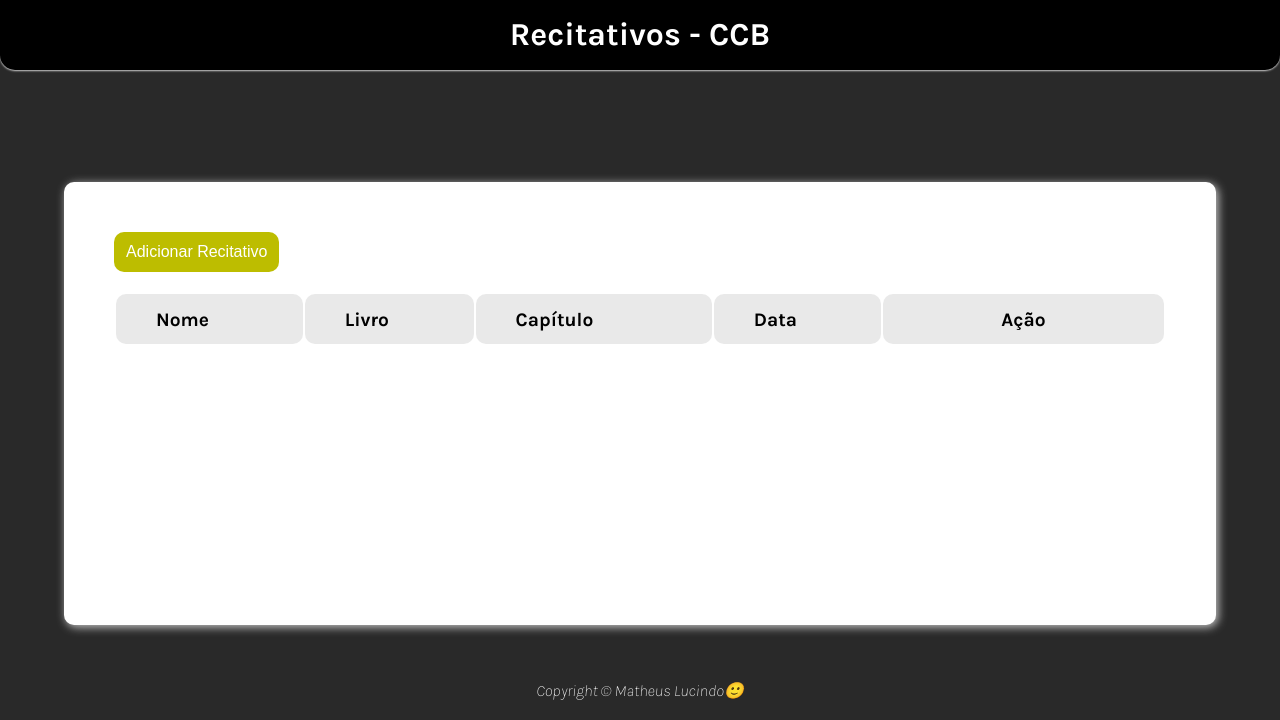
Repository: Matheus904-12/API-da-CCB
Page: index.html
These files come from the project's save history. The page is drawn as it stood at one moment and after the next save; the edit follows.
The browser window is 1280 px wide. The pictures show the whole page.

Above is the page before, as saved 2024-01-14 02:04:44.

### index.html
<!DOCTYPE html>
<html lang="pt-BR">

<head>
    <meta charset="UTF-8">
    <meta http-equiv="X-UA-Compatible" content="IE=edge">
    <meta name="viewport" content="width=device-width, initial-scale=1.0">
    <link rel="preconnect" href="https://fonts.gstatic.com">
    <link href="https://fonts.googleapis.com/css2?family=Karla:ital,wght@0,400;0,700;1,200;1,800&display=swap"
        rel="stylesheet">
    <link rel="stylesheet" href="principal.css">
    <link rel="stylesheet" href="botao.css">
    <link rel="stylesheet" href="registros.css">
    <link rel="stylesheet" href="modal.css">
    <link rel="stylesheet" href="chat.css">
    <script src="script.js" defer></script>
    <title>CCB - Central</title>
</head>

<body>
    <header>

        <h1 class="header-title">Recitativos - CCB</h1>
    </header>
    <br>
    <br>
    <br>
    <br>
    <main>
        <button type="button" class="button blue mobile" id="cadastrarCliente">Adicionar Recitativo</button>
        <table id="tableClient" class="records">
            <thead>
                <tr>
                    <th>Nome</th>
                    <th>Livro</th>
                    <th>Capítulo</th>
                    <th>Data</th>
                    <th>Ação</th>
                </tr>
            </thead>
            <tbody>

            </tbody>
        </table>
        <div class="modal" id="modal">
            <div class="modal-content">
                <header class="modal-header">
                    <h2>Recitativo</h2>
                    <span class="modal-close" id="modalClose">&#10006;</span>
                </header>
                <form id="form" class="modal-form">


                    <input type="text" id="nome" data-index="new" class="modal-field" placeholder="Nome"
                        required>

                    <input type="text" id="livro" class="modal-field" placeholder="Livro" required>

                    <input type="number" id="capitulo" class="modal-field" placeholder="Capítulo" required>

                    <input type="number" id="versiculo" class="modal-field" placeholder="Versículo" required>

                    <input type="date" id="data" class="modal-field" placeholder="Data" required>

                    <label for="auxiliar">Auxiliar</label>
                        <select id="auxiliar" class="modal-field">
                            <option value="none">Nenhum</option>
                            <option value="aline">Aline Gomes Santos</option>
                            <option value="alfredo">Alfredo Bruske Schuster</option>
                            <option value="alef">Alef Vinicius</option>
                            <option value="jose">José Victor Zeller Gonçalves</option>
                            <option value="jonas">Jonas Amorim Lopes da Silva</option>
                            <option value="loraine">Loraine de Assis Souza</option>
                            <option value="natalia">Natália de Sena Marques</option>
                        </select>


                </form>
                <footer class="modal-footer">
                    <button id="salvar" class="button green">Salvar</button>
                    <button id="cancelar" class="button blue">Cancelar</button>
                </footer>
            </div>
        </div>
    </main>
    <footer>
        Copyright &copy; Matheus Lucindo🙂
    </footer>
</body>

</html>

### principal.css
*{
    padding: 0;
    margin: 0;
    box-sizing: border-box;
}

:root{
    --primary-color: #000000;
    --secundary-color: #cfcfcf;
    --shadow-color: #CCC;
    --text-color: #FFF;
}

body{
    min-height: 100vh;
    display: flex;
    flex-direction: column;
    font-family: 'karla', sans-serif;
    position:relative;
    background-color: #292929;
}

header{
    background-color: var(--primary-color);
    height: 70px;
    text-align: center;
    line-height: 70px;
    box-shadow: 0 1px 2px var(--shadow-color);
    border-radius: 0px 0px 15px 15px;
}

.header-title{
    color: white;
    font-size: 2rem;
}

main{
    flex-grow: 1;
    display: flex;
    flex-direction: column;
    align-items: flex-start;
    width: 90%;
    margin: 5vh auto;
    padding: 50px;
    box-shadow: 2px 2px 10px var(--shadow-color);
    gap: 20px;
    border-radius: 10px;
    background-color: #ffffff;
}

main, th {
}

footer{
    width:100;
    text-align: center;
    font-weight: 200;
    font-style: italic;
    padding: 20px;
    color: white;
}

### botao.css
.button{
    border-style: none;
    height: 40px;
    padding: 6px 12px;
    background-color: black;
    color: white;
    font-size: 1rem;
    cursor: pointer;
    transition: box-shadow .6s ease;
    border-radius: 10px;
}

.button.blue{
    background-color: #bdbd00;
}

button.green{
    background-color: #13CE66;
}

button.red{
    background-color: #FF4949;
}

.button:hover{
    box-shadow: inset 200px 0 0 #00000055;
}

/* Estilização da barra de rolagem */
::-webkit-scrollbar {
    width: 12px; /* Largura da barra de rolagem */
    border-radius: 10px;
}

::-webkit-scrollbar-thumb {
    background-color: #dbc834; /* Cor do polegar da barra de rolagem */
    border-radius: 100px; /* Borda do polegar da barra de rolagem */
}

::-webkit-scrollbar-track {
    display: none;
}

::-webkit-scrollbar-thumb:hover {
    background-color: #bdbd00; /* Cor do polegar da barra de rolagem ao passar o mouse sobre ele */
}

### registros.css
.records{
    width: 100%;
    user-select: none;
    text-align: left;
}

.records th{
    height: 50px;
    background-color:#c0c0c05a;
    padding-left: 40px;
    font-size: 1.2rem;
    border-radius: 10px;
    align-items: center;
}
.records td{
    height: 50px;
    padding-left: 20px;
    border-radius: 10px;
}

.records th:last-child,
.records td:last-child{
    padding: 0;
    min-width: 140px;
    text-align: center;
}

.records tr:hover{
    background-color: var(--secundary-color);
}

.records tr {
    border-radius: 10px;
}

### modal.css
.modal{
    position: fixed;
    top:0;
    left:0;
    width: 100%;
    height: 100%;
    background: #00000090;
    opacity: 0;
    z-index: -1;
}

.modal.active{
    opacity: 1;
    z-index: 1;
}

.modal-content{
    display: flex;
    flex-direction: column;
    gap:20px;
    width: 50vw;
    margin: 15vh auto;
    padding-bottom: 20px;
    background-color: white;
    box-shadow: 1px 1px 10px black;
    border-radius: 15px;
}

.modal-header{
    display: flex;
    position: relative;
    justify-content: center;
    height: 40px;
    line-height: 40px;
    font-size: 1rem;
    border-radius: 10px;
}

.modal-header, #h2 {
    color: white
}

.modal-close{
    position: absolute;
    right: 0;
    display: block;
    width: 40px;
    height: 40px;
    text-align: center;
    user-select: none;
    cursor: pointer;
    border-radius: 10px;
}

.modal-close:hover{
    background-color: #FF4949;
    color: white;
}

.modal-form{
    display: flex;
    justify-content: space-between;
    flex-wrap: wrap;
    gap: 20px;
    padding: 0 20px;
}

.modal-field{
    width: calc(50% - 10px);
    height: 40px;
    outline-style: none;
    border-style: none;
    box-shadow: 0 0 2px black;
    padding: 0 10px;
    font-size:1rem;
    border-radius: 10px;
}

.modal-field:focus{
    border: 2px solid var(--primary-color);
    box-shadow: 0 0 3px var(--primary-color);
}


.modal-footer{
    background-color: inherit;
    text-align: right;
    padding: 0 20px;
}

### chat.css
@media (max-width: 480px) {
    header {
        position: fixed;
        width: 100%;
        background-color: var(--primary-color);
        z-index: 1000;
    }

    .header-title {
        font-size: 1.5rem;
        color: white;
        padding: 10px;
        text-align: center;
    }

    .button.mobile {
        font-size: 0;
        width: 50px;
        height: 50px;
        border-radius: 50%;
        position: fixed;
        top: 90vh;
        left: 80vw;
        background-color: var(--primary-color);
        border: none;
        display: flex;
        align-items: center;
        justify-content: center;
        z-index: 1001;
    }

    .button.mobile img {
        width: 60%;
        height: 60%;
        filter: invert(1);
    }

    .records th.mobile,
    .records td.mobile {
        display: none;
    }

    .records tr {
        border-radius: 10px;
        display: block;
        margin-bottom: 20px;
        border: 2px solid #ccc;
        background-color: white;
        box-shadow: 0 2px 4px rgba(0, 0, 0, 0.1);
        padding: 0px;
        right: 15px;
    }

    .records td {
        display: flex;
        flex-wrap: wrap;
        justify-content: space-between;
        margin: 10px 0;
        align-items: center;
    }

    .records th:last-child,
    .records td:last-child {
        padding: 0;
        min-width: 140px;
        text-align: center;
        display: none;
        margin: 0 auto;
    }

    .modal {
        top: 100%;
        transition: all 1s ease;
        background-color: rgba(0, 0, 0, 0.5);
        display: flex;
        align-items: center;
        justify-content: center;
    }

    .modal.active {
        top: 0;
    }

    .modal-content {
        margin: 0;
        width: 90%;
        max-width: 400px;
        background-color: white;
        box-shadow: 0 2px 4px rgba(0, 0, 0, 0.1);
        border-radius: 10px;
        padding: 20px;
        position: relative;
    }

    .modal-field {
        width: 100%;
        margin-bottom: 15px;
        padding: 10px;
        border: 1px solid #ccc;
        border-radius: 5px;
        box-sizing: border-box;
    }
}

### script.js
'use strict'

const openModal = () => document.getElementById('modal')
    .classList.add('active')

const closeModal = () => {
    clearFields()
    document.getElementById('modal').classList.remove('active')
}


const getLocalStorage = () => JSON.parse(localStorage.getItem('db_client')) ?? []
const setLocalStorage = (dbClient) => localStorage.setItem("db_client", JSON.stringify(dbClient))

// CRUD - create read update delete
const deleteClient = (index) => {
    const dbClient = readClient()
    dbClient.splice(index, 1)
    setLocalStorage(dbClient)
}

const updateClient = (index, client) => {
    const dbClient = readClient()
    dbClient[index] = client
    setLocalStorage(dbClient)
}

const readClient = () => getLocalStorage()

const createClient = (client) => {
    const dbClient = getLocalStorage()
    dbClient.push (client)
    setLocalStorage(dbClient)
}

const isValidFields = () => {
    return document.getElementById('form').reportValidity()
}

//Interação com o layout

const clearFields = () => {
    const fields = document.querySelectorAll('.modal-field')
    fields.forEach(field => field.value = "")
    document.getElementById('nome').dataset.index = 'new'
    document.querySelector(".modal-header>h2").textContent  = 'Novo Versículo'
}

const saveClient = () => {
    if (isValidFields()) {
        const client = {
            auxiliar: document.getElementById('auxiliar').value,
            nome: document.getElementById('nome').value,
            livro: document.getElementById('livro').value,
            capitulo: document.getElementById('capitulo').value,
            versiculo: document.getElementById('versiculo').value,
            data: document.getElementById('data').value
        }
        const index = document.getElementById('nome').dataset.index;
        if (index == 'new') {
            createClient(client);
            updateTable();
            closeModal();
        } else {
            updateClient(index, client);
            updateTable();
            closeModal();
        }
    }
}

const createRow = (client, index) => {
    const newRow = document.createElement('tr')
    newRow.innerHTML = `

        <td>${client.nome}</td>
        <td>${client.livro}</td>
        <td>${client.capitulo}</td>
        <td>${client.data}</td>
        <td>
            <button type="button" class="button green" id="edit-${index}">Editar</button>
            <button type="button" class="button red" id="delete-${index}" >Excluir</button>
        </td>
    `
    document.querySelector('#tableClient>tbody').appendChild(newRow)
}

const clearTable = () => {
    const rows = document.querySelectorAll('#tableClient>tbody tr')
    rows.forEach(row => row.parentNode.removeChild(row))
}

const updateTable = () => {
    const dbClient = readClient()
    clearTable()
    dbClient.forEach(createRow)
}

const fillFields = (client) => {
    document.getElementById('auxiliar').value = client.auxiliar
    document.getElementById('nome').value = client.nome
    document.getElementById('livro').value = client.livro
    document.getElementById('capitulo').value = client.capitulo
    document.getElementById('versiculo').value = client.versiculo
    document.getElementById('data').value = client.data
    document.getElementById('nome').dataset.index = client.index
}

const editClient = (index) => {
    const client = readClient()[index]
    client.index = index
    fillFields(client)
    document.querySelector(".modal-header>h2").textContent  = `Editando ${client.nome}`
    openModal()
}

const editDelete = (event) => {
    if (event.target.type == 'button') {

        const [action, index] = event.target.id.split('-')

        if (action == 'edit') {
            editClient(index)
        } else {
            const client = readClient()[index]
            const response = confirm(`Deseja realmente excluir o cliente ${client.nome}`)
            if (response) {
                deleteClient(index)
                updateTable()
            }
        }
    }
}

updateTable()

// Eventos
document.getElementById('cadastrarCliente')
    .addEventListener('click', openModal)

document.getElementById('modalClose')
    .addEventListener('click', closeModal)

document.getElementById('salvar')
    .addEventListener('click', saveClient)

document.querySelector('#tableClient>tbody')
    .addEventListener('click', editDelete)

document.getElementById('cancelar')
    .addEventListener('click', closeModal)

After the next save:
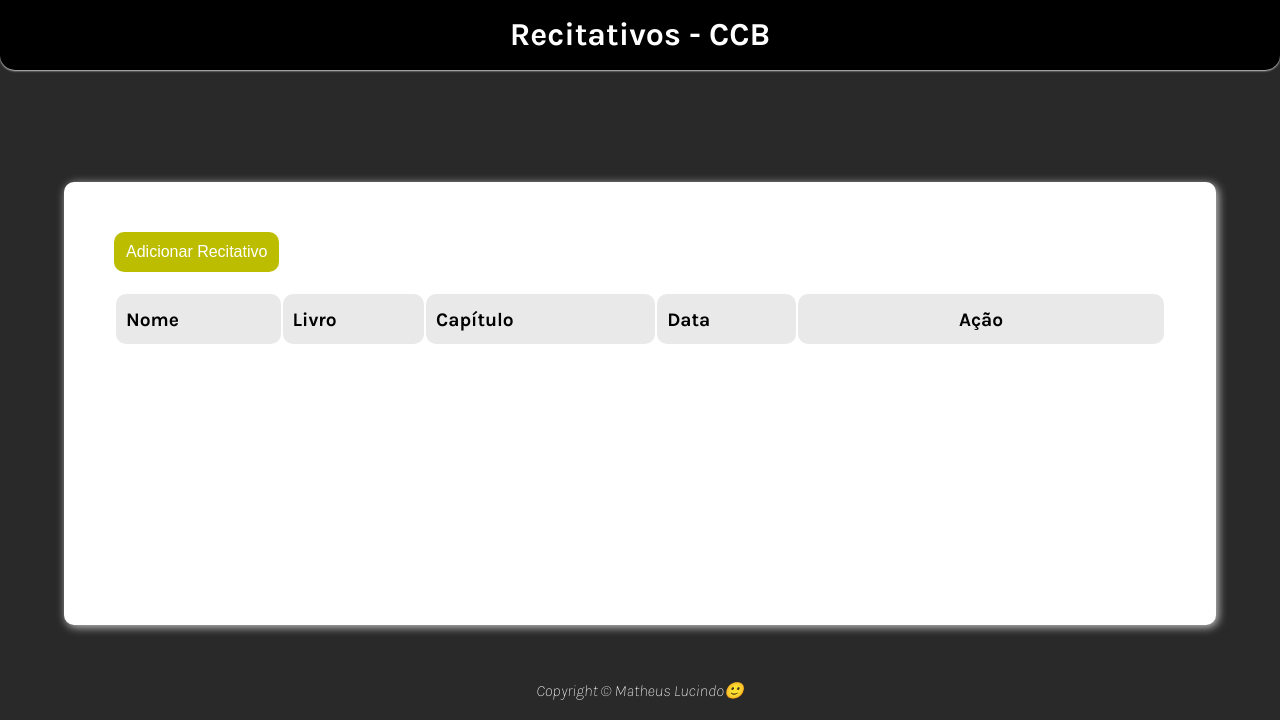
Saved 4 s later.
--- a/registros.css
+++ b/registros.css
@@ -7,7 +7,7 @@
 .records th{
     height: 50px;
     background-color:#c0c0c05a;
-    padding-left: 40px;
+    padding-left: 10px;
     font-size: 1.2rem;
     border-radius: 10px;
     align-items: center;
